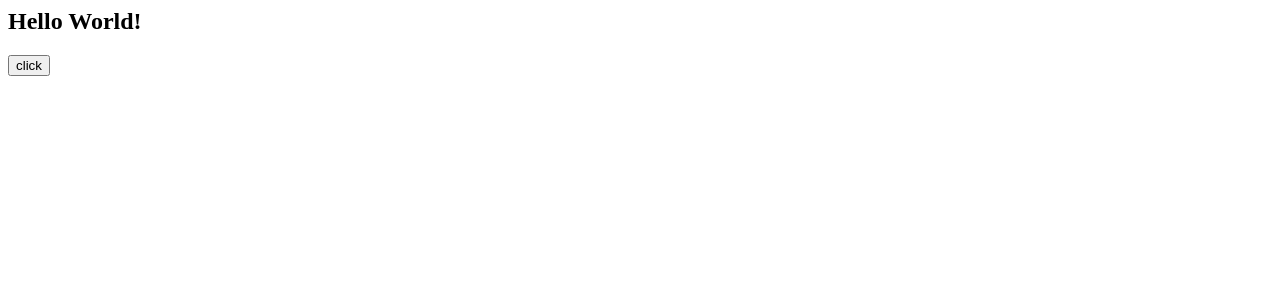
Repository: santhoshnaik/JavaPrajects
Page: http://localhost/SecondWeb/
These files come from the project's save history. The page is drawn as it stood at one moment and after the next save; the edit follows.
The browser window is 1280 px wide. The pictures show the whole page.
The page is served by Tomcat 9.

Above is the page before, as saved 2018-04-16 05:54:26.

After the next save:
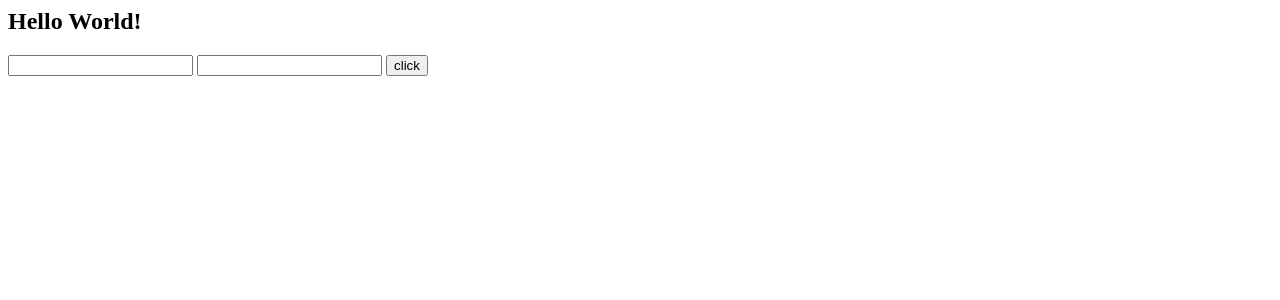
Saved 58 s later.
--- a/SecondWeb/src/main/webapp/index.jsp
+++ b/SecondWeb/src/main/webapp/index.jsp
@@ -2,6 +2,8 @@
 <body>
 <h2>Hello World!</h2>
 <form action="add">
+<input type="text" name="v1">
+<input type="text" name="v2">
 <input type="submit" value="click">
 </form>
 
